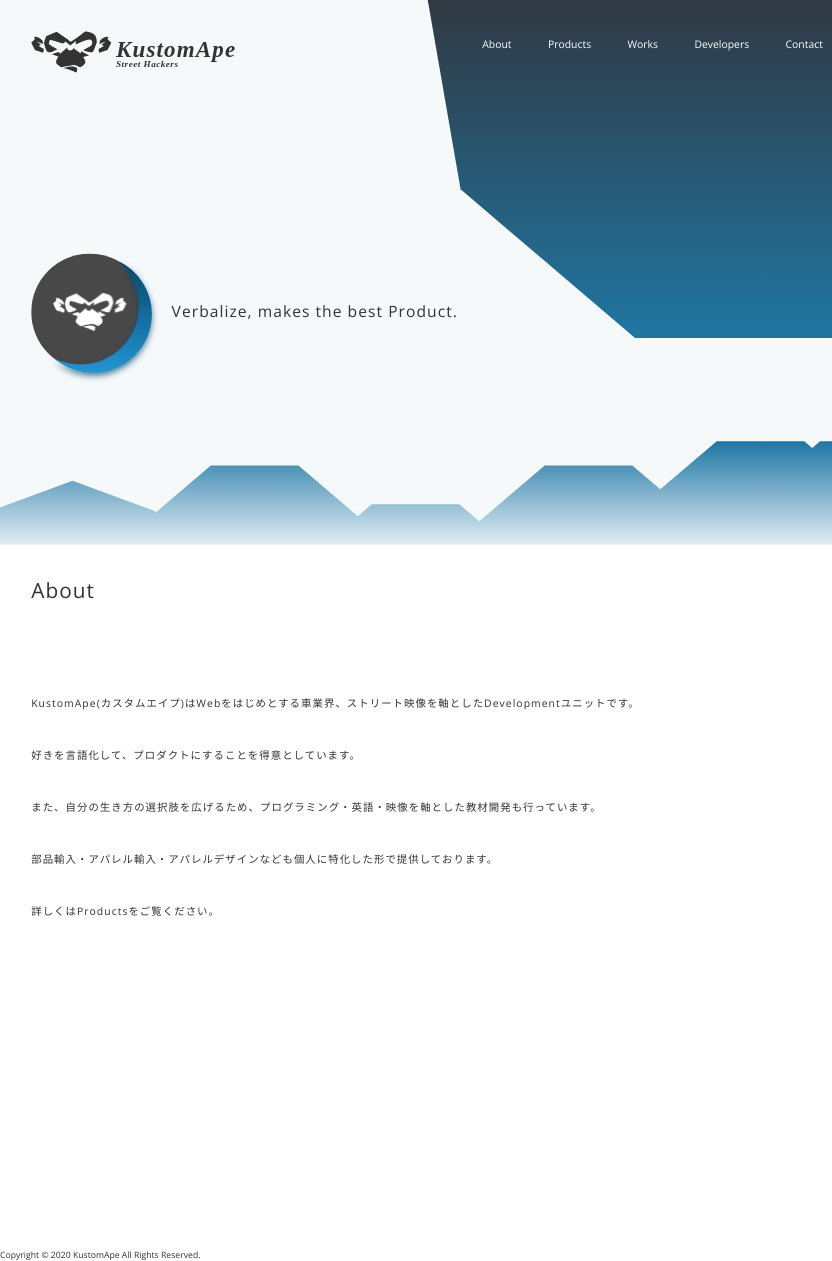
Repository: AirDepot/web
Page: index.html
These files come from the project's save history. The page is drawn as it stood at one moment and after the next save; the edit follows.
The browser window is 1280 px wide. The pictures show the whole page, at 65% of full size.

Above is the page before, as saved 2020-02-11 23:25:07.

### index.html
<!DOCTYPE html>
<html lang="ja">
    <head>
        <meta charset="UTF-8">
        <link href="https://fonts.googleapis.com/css?family=Open+Sans:100,300,400,600" rel="stylesheet" type="text/css">
        <link href="http://code.ionicframework.com/ionicons/2.0.1/css/ionicons.min.css" rel="stylesheet" type="text/css">
        <link type="text/css" rel="stylesheet" href="./assets/css/common.css">
        <title>KustomApe</title>
    </head>
    <body>
        <div id="wrap">
            <div id="home">
                <header id="header">
                    <h1 id="logo"><a href="#home"><img src="./assets/img/main_logo.svg" alt="KustomApe"></a></h1>
                    <nav id="nav">
                        <ul id="navigations">
                            <li><a href="#about">About</a></li>
                            <li><a href="#products">Products</a></li>
                            <li><a href="#works">Works</a></li>
                            <li><a href="#hackers">Developers</a></li>
                            <li><a href="#contact">Contact</a></li>
                        </ul>
                    </nav>
                </header>
                <div id="header_contents">
                    <p id="ape_icon"><img src="./assets/img/ape_icon.svg" alt="Apeのアイコン画像"></p>
                    <h2 id="concept">Verbalize, makes the best Product.</h2>
                </div>
            </div>
            <div id="about">
                <h3>About</h3>
                <p id="about_kustomape">KustomApe(カスタムエイプ)はWebをはじめとする車業界、ストリート映像を軸としたDevelopmentユニットです。<br />
                好きを言語化して、プロダクトにすることを得意としています。<br />
                また、自分の生き方の選択肢を広げるため、プログラミング・英語・映像を軸とした教材開発も行っています。<br />
                部品輸入・アパレル輸入・アパレルデザインなども個人に特化した形で提供しております。<br />
                詳しくはProductsをご覧ください。</p>
            </div>
            <div id="products">

            </div>
            <div id="works">

            </div>
            <div id="developers">

            </div>
            <div id="contact">

            </div>
            <footer>
                <small>Copyright &copy; 2020 KustomApe All Rights Reserved.</small>
            </footer>
        </div>
    </body>
</html>

### assets/css/common.css
/**********************************************
*** GENERAL
**********************************************/

* {
    margin: 0;
    padding: 0;
    box-sizing: border-box;
}

.clearfix::after {
    content: "";
    display: table;
    clear: both;
}

html {
    overflow: auto;
}

body {
    color: #333;
    font-family: Open Sans, Arial, Helvetica, sans-serif;
    overflow: hidden;
}

ul {
    list-style: none;
}

a {
    text-decoration: none;
}

div#wrap {
    width: 100%;
    margin-top: -3rem;
}

div#home {
    width: 100%;
    height: fit-content;
    background-image: url(../img/wrap_bg.svg);
    background-position: center top;
    background-repeat: no-repeat;
    background-size: cover;
}

header#header {
    width: 100%;
    height: 150px;
    margin-left: 3rem;
}

header#header h1#logo {
    width: 500px;
    margin-top: 3rem;
}

h1#logo img {
    margin-top: 3rem;
    width: 350px;
}

nav#nav {
    margin-top: -4rem;
}

nav#nav ul#navigations {
    display: flex;
    justify-content: center;
    align-items: center;
    list-style: none;
    margin-left: 43rem;
}

nav#nav ul#navigations li {
    padding-right: 3.5rem;
}

nav#nav ul#navigations li a {
    color: #fff;
}

div#header_contents {
    display: inline-flex;
    margin-left: 3rem;
    padding: 15rem 0;
}

div#header_contents h2#concept {
    padding: 4.5rem 1rem;
    letter-spacing: 0.1rem;
    font-weight: 100;
    font-size: 1.5rem;
}

div#header_contents p#ape_icon img {
    width: 200px;
}

div#about {
    width: 100%;
    height: 1080px;
}

div#about h3 {
    font-size: 2rem;
    font-weight: 500;
    padding-top: 3rem;
    margin-left: 3rem;
    letter-spacing: 0.1rem;
}

div#about p#about_kustomape {
    padding-top: 7rem;
    margin-left: 3rem;
    font-size: 1rem;
    letter-spacing: 0.1rem;
    line-height: 5rem;
}

After the next save:
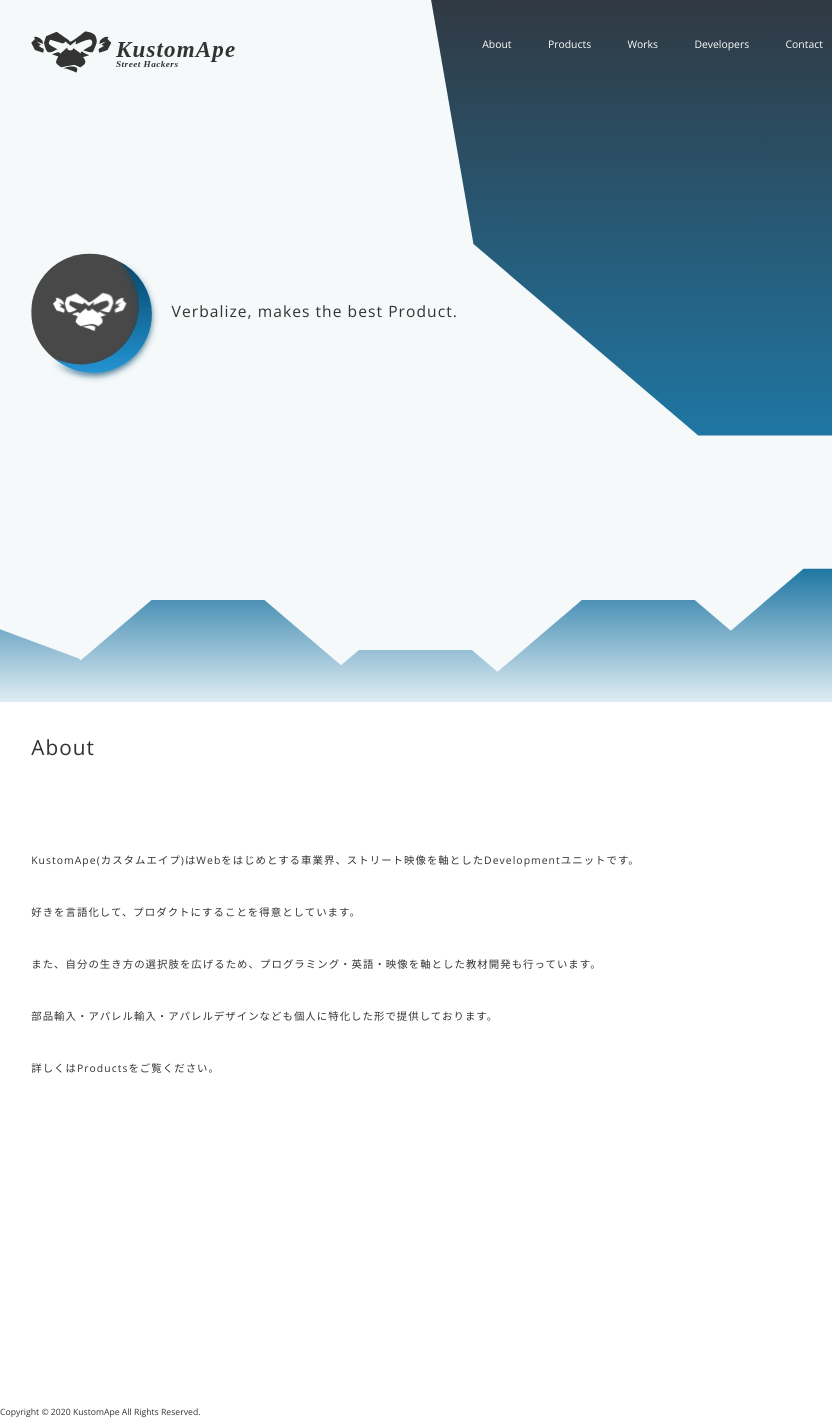
Saved 16 s later.
--- a/assets/css/common.css
+++ b/assets/css/common.css
@@ -39,7 +39,7 @@ div#wrap {
 
 div#home {
     width: 100%;
-    height: fit-content;
+    height: 1080px;
     background-image: url(../img/wrap_bg.svg);
     background-position: center top;
     background-repeat: no-repeat;
